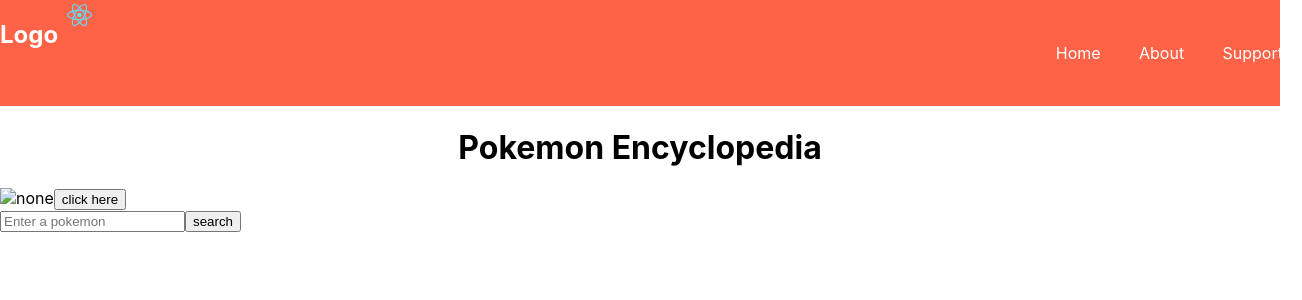
Repository: Gibberlin/pokedex
Page: /
An editor plug-in stored every save of this project. The page is shown before and after the next save, followed by the edit.
The browser window is 1280 px wide. The page is 1302 px wide, so the pictures cover 1302 px, including what lies to the right of the window. The pictures show the whole page.
The project was rebuilt for these pictures with package versions that can differ from the ones it lists, and the page was loaded fresh each time.

Above is the page before, as saved 2021-09-29 21:13:39.

### src/App.js
import logo from './logo.svg';
import Nav from "./components/Nav"
import './App.css';
import './components/Cards';
import Cards from './components/Cards';

function App() {
  return (
    <div>
    <Nav />
    <h1>Pokemon Encyclopedia</h1>
    <Cards />
    </div>
  );
}

export default App;

### src/components/Nav.js
import React from 'react'
import logo from "../logo.svg";
import "../App.css";
const Nav = () => {
    return (
        <nav>
        <h1>Logo</h1>
            <img src={logo} alt="Poke" height="30px"/>

            <ul>
                <li>Home</li>
                <li>About</li>
                <li>Support</li>
            </ul>
        </nav>
    )
}

export default Nav

### src/App.css
ul {
  margin-left: 70%;
  list-style-type: none;
  display: flex;
}
li {
  margin: 0.2rem;
  padding: 1.5rem 1rem 1.5rem 1rem;
  cursor: pointer;
  border-radius: 5px;
}
nav {
  display: flex;
  background: tomato;
  color: #fff;
}
li:hover {
  color: #18f;
  background-color: #fff;
}
h1 {
  text-align: center;
}

### src/components/Cards.js
import React,{useState} from 'react'
import Axios from 'axios'



const Cards = () => {
    const [poke,gPoke]= useState("");
    const [sp,setSp]=useState("")
    const [query,setQuery]=useState(false);
    const getPoke=()=>{

        Axios.get("https://pokeapi.co/api/v2/pokemon/"+query).then((Response)=>{
            console.log(Response);

                gPoke(Response.data.name);
                setSp(Response.data.sprites.front_default);


        })
    }
    function search(){





    }
    function ser(val){
        console.log(val.target.value);
        setQuery(val.target.value)
    }


    return (
        <div className="card">

            <h1>{poke}</h1>
            <img src={sp} alt="none"/>
            <button onClick={()=>getPoke()}>click here</button>
            <div>
            <input type="text" onChange={ser} placeholder="Enter a pokemon" />
            <button onClick={search}>search</button>
            </div>

        </div>
    )
}

export default Cards

Loaded but not shown: public/index.html (common file); src/index.js (common file); src/index.css (common file)

After the next save:
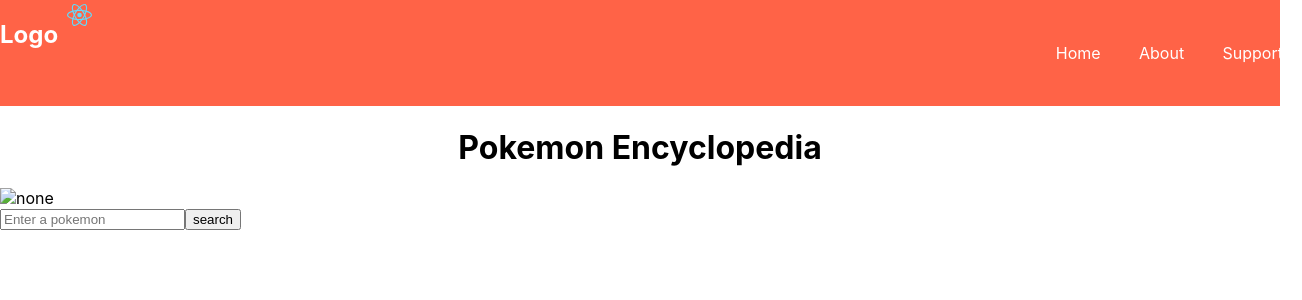
Saved 4 min 3 s later.
--- a/src/components/Cards.js
+++ b/src/components/Cards.js
@@ -36,10 +36,10 @@
 
             <h1>{poke}</h1>
             <img src={sp} alt="none"/>
-            <button onClick={()=>getPoke()}>click here</button>
+
             <div>
             <input type="text" onChange={ser} placeholder="Enter a pokemon" />
-            <button onClick={search}>search</button>
+            <button onClick={()=>getPoke()}>search</button>
             </div>
 
         </div>
